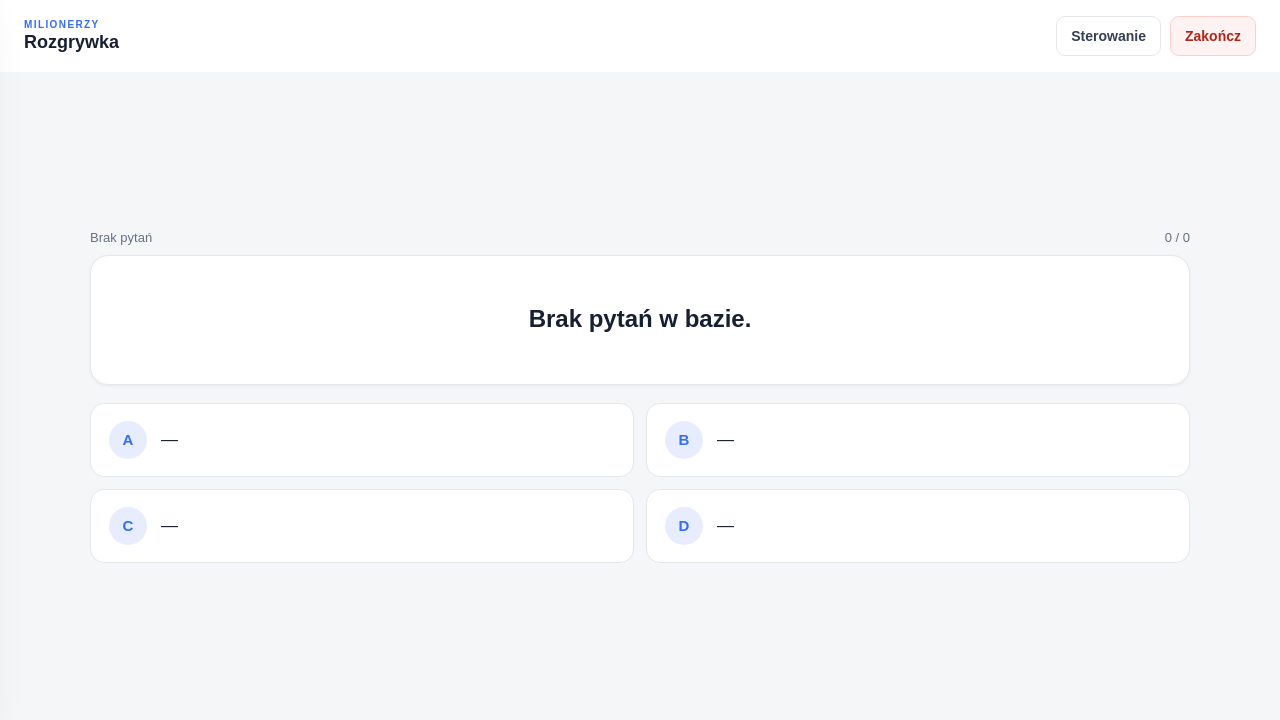
Repository: WaleonGames/HTGMilionerzy
Page: views/game.html
The author's editor kept a copy of each file at every save. The page is drawn from the files as they stood at one save, then again after the next save.
The browser window is 1280 px wide. The pictures show the whole page.

Above is the page before, as saved 2026-09-05 20:49:58.

### views/game.html
<!doctype html>
<html lang="pl">
<head>
  <meta charset="UTF-8">
  <meta name="viewport" content="width=device-width,initial-scale=1.0">

  <title>Milionerzy - Gra</title>

  <link rel="stylesheet" href="../public/css/design.css">
  <link rel="stylesheet" href="../public/css/game.css">
</head>
<body>
  <div class="game-app">
    <header class="game-topbar">
      <div class="game-topbar-left">
        <span class="game-eyebrow">
          MILIONERZY
        </span>

        <strong id="gameStatus">
          Rozgrywka
        </strong>
      </div>

      <div class="game-topbar-actions">
        <button
          id="openControlsButton"
          class="game-button"
          type="button"
        >
          Sterowanie
        </button>

        <button
          id="exitGameButton"
          class="game-button game-button-danger"
          type="button"
        >
          Zakończ
        </button>
      </div>
    </header>

    <main class="game-stage">
      <section class="game-question-area">
        <div class="game-question-meta">
          <span id="questionNumber">
            Pytanie 1
          </span>

          <span id="questionProgress">
            1 / 12
          </span>
        </div>

        <div
          id="questionText"
          class="game-question"
        >
          Brak załadowanego pytania.
        </div>

        <div
          id="answersGrid"
          class="game-answers"
        >
          <button
            class="game-answer"
            data-answer="A"
            type="button"
          >
            <span class="game-answer-letter">
              A
            </span>

            <span
              id="answerTextA"
              class="game-answer-text"
            >
              —
            </span>
          </button>

          <button
            class="game-answer"
            data-answer="B"
            type="button"
          >
            <span class="game-answer-letter">
              B
            </span>

            <span
              id="answerTextB"
              class="game-answer-text"
            >
              —
            </span>
          </button>

          <button
            class="game-answer"
            data-answer="C"
            type="button"
          >
            <span class="game-answer-letter">
              C
            </span>

            <span
              id="answerTextC"
              class="game-answer-text"
            >
              —
            </span>
          </button>

          <button
            class="game-answer"
            data-answer="D"
            type="button"
          >
            <span class="game-answer-letter">
              D
            </span>

            <span
              id="answerTextD"
              class="game-answer-text"
            >
              —
            </span>
          </button>
        </div>
      </section>
    </main>

    <div
      id="controlsBackdrop"
      class="game-offcanvas-backdrop"
      hidden
    ></div>

    <aside
      id="controlsPanel"
      class="game-offcanvas"
      aria-hidden="true"
    >
      <div class="game-offcanvas-header">
        <div>
          <span class="game-eyebrow">
            HOST
          </span>

          <h2>
            Sterowanie
          </h2>
        </div>

        <button
          id="closeControlsButton"
          class="game-icon-button"
          type="button"
          aria-label="Zamknij"
        >
          ×
        </button>
      </div>

      <div class="game-offcanvas-content">
        <section class="game-control-section">
          <h3>
            Wyświetlanie
          </h3>

          <button
            id="showQuestionButton"
            class="game-button"
            type="button"
          >
            Pokaż pytanie
          </button>

          <button
            id="showAnswersButton"
            class="game-button"
            type="button"
          >
            Pokaż odpowiedzi
          </button>
        </section>

        <section class="game-control-section">
          <h3>
            Odpowiedź gracza
          </h3>

          <div class="game-selected-answer">
            <span>
              Wybrana odpowiedź
            </span>

            <strong id="selectedAnswer">
              Brak
            </strong>
          </div>

          <button
            id="checkAnswerButton"
            class="game-button game-button-primary"
            type="button"
            disabled
          >
            Sprawdź odpowiedź
          </button>
        </section>

        <section class="game-control-section">
          <h3>
            Wynik
          </h3>

          <div class="game-result">
            <span>
              Status
            </span>

            <strong id="answerResult">
              —
            </strong>
          </div>
        </section>

        <section class="game-control-section">
          <h3>
            Nawigacja
          </h3>

          <div class="game-control-grid">
            <button
              id="previousQuestionButton"
              class="game-button"
              type="button"
            >
              Poprzednie
            </button>

            <button
              id="nextQuestionButton"
              class="game-button game-button-primary"
              type="button"
            >
              Następne
            </button>
          </div>
        </section>
      </div>
    </aside>
  </div>

  <script src="../public/js/design.js"></script>
  <script src="../public/js/game.js"></script>
</body>
</html>

### public/css/game.css
*{
  box-sizing:border-box;
  margin:0;
  padding:0;
}

html,
body{
  width:100%;
  min-height:100%;
}

body{
  min-height:100vh;
  overflow:hidden;
  font-family:Arial,sans-serif;
  background:var(--design-bg);
  color:var(--design-text);
}

button{
  font:inherit;
  cursor:pointer;
}

[hidden]{
  display:none !important;
}

/* =========================
   APP
========================= */

.game-app{
  display:grid;
  grid-template-rows:72px minmax(0,1fr);
  min-height:100vh;
  background:var(--design-bg);
}

/* =========================
   TOPBAR
========================= */

.game-topbar{
  display:flex;
  align-items:center;
  justify-content:space-between;
  gap:20px;
  padding:0 24px;
  background:var(--design-surface);
}

.game-topbar-left{
  display:flex;
  flex-direction:column;
  gap:2px;
}

.game-topbar-left strong{
  font-size:18px;
}

.game-topbar-actions{
  display:flex;
  align-items:center;
  gap:9px;
}

.game-eyebrow{
  color:var(--design-primary);
  font-size:10px;
  font-weight:800;
  letter-spacing:.14em;
}

/* =========================
   STAGE
========================= */

.game-stage{
  display:flex;
  align-items:center;
  justify-content:center;
  min-height:0;
  padding:32px;
}

.game-question-area{
  width:min(1100px,100%);
}

/* =========================
   QUESTION META
========================= */

.game-question-meta{
  display:flex;
  align-items:center;
  justify-content:space-between;
  gap:20px;
  margin-bottom:10px;
  color:var(--design-muted);
  font-size:13px;
}

/* =========================
   QUESTION
========================= */

.game-question{
  display:flex;
  align-items:center;
  justify-content:center;
  min-height:130px;
  padding:24px 30px;
  border:1px solid var(--design-border);
  border-radius:18px;
  background:var(--design-surface);
  color:var(--design-text);
  box-shadow:var(--design-shadow-sm);
  font-size:24px;
  font-weight:700;
  line-height:1.45;
  text-align:center;
}

/* =========================
   ANSWERS
========================= */

.game-answers{
  display:grid;
  grid-template-columns:1fr 1fr;
  gap:12px;
  margin-top:18px;
}

.game-answer{
  display:flex;
  align-items:center;
  gap:14px;
  min-height:74px;
  padding:14px 18px;
  border:1px solid var(--design-border);
  border-radius:14px;
  background:var(--design-surface);
  color:var(--design-text);
  text-align:left;
  transition:
    background .15s ease,
    border-color .15s ease,
    transform .15s ease;
}

.game-answer:hover{
  background:var(--design-surface-hover);
  border-color:var(--design-border-strong);
}

.game-answer:active{
  transform:scale(.99);
}

.game-answer-letter{
  display:flex;
  align-items:center;
  justify-content:center;
  width:38px;
  height:38px;
  flex:0 0 38px;
  border-radius:50%;
  background:var(--design-primary-light);
  color:var(--design-primary);
  font-size:15px;
  font-weight:800;
}

.game-answer-text{
  min-width:0;
  font-size:17px;
  line-height:1.4;
}

/* =========================
   ANSWER STATES
========================= */

.game-answer.selected{
  background:color-mix(
    in srgb,
    var(--design-primary) 18%,
    var(--design-surface) 82%
  );

  color:var(--design-text);

  border-color:var(--design-primary);
}

.game-answer.selected .game-answer-letter{
  background:var(--design-primary);
  color:#fff;
}

.game-answer.selected .game-answer-text{
  color:var(--design-text);
}

.game-answer.correct{
  background:var(--design-success-light);
  color:var(--design-success);
  border-color:var(--design-success-border);
}

.game-answer.correct .game-answer-letter{
  background:var(--design-success);
  color:#fff;
}

.game-answer.correct .game-answer-text{
  color:var(--design-success);
}

.game-answer.wrong{
  background:var(--design-danger-light);
  color:var(--design-danger);
  border-color:var(--design-danger-border);
}

.game-answer.wrong .game-answer-letter{
  background:var(--design-danger);
  color:#fff;
}

.game-answer.wrong .game-answer-text{
  color:var(--design-danger);
}

/* =========================
   BUTTON
========================= */

.game-button{
  display:inline-flex;
  align-items:center;
  justify-content:center;
  min-height:40px;
  padding:0 14px;
  border:1px solid var(--design-border);
  border-radius:9px;
  background:var(--design-surface);
  color:var(--design-text-soft);
  font-size:14px;
  font-weight:700;
}

.game-button:hover{
  background:var(--design-surface-hover);
  color:var(--design-text);
  border-color:var(--design-border-strong);
}

.game-button:disabled{
  opacity:.5;
  cursor:not-allowed;
}

.game-button-primary{
  background:var(--design-primary);
  color:#fff;
  border-color:var(--design-primary);
}

.game-button-primary:hover{
  background:var(--design-primary-hover);
  color:#fff;
  border-color:var(--design-primary-hover);
}

.game-button-danger{
  background:var(--design-danger-light);
  color:var(--design-danger);
  border-color:var(--design-danger-border);
}

.game-button-danger:hover{
  background:var(--design-danger-light);
  color:var(--design-danger-hover);
}

/* =========================
   OFFCANVAS BACKDROP
========================= */

.game-offcanvas-backdrop{
  position:fixed;
  inset:0;
  z-index:900;
  background:rgba(0,0,0,.42);
  backdrop-filter:blur(1px);
}

/* =========================
   OFFCANVAS
========================= */

.game-offcanvas{
  position:fixed;
  top:0;
  left:0;
  bottom:0;
  z-index:1000;
  display:flex;
  flex-direction:column;
  width:min(400px,calc(100vw - 32px));
  background:var(--design-surface);
  border-right:1px solid var(--design-border);
  box-shadow:var(--design-shadow-lg);
  transform:translateX(-105%);
  transition:transform .22s ease;
}

.game-offcanvas.open{
  transform:translateX(0);
}

.game-offcanvas-header{
  display:flex;
  align-items:center;
  justify-content:space-between;
  gap:16px;
  min-height:78px;
  padding:16px 18px;
  border-bottom:1px solid var(--design-border);
}

.game-offcanvas-header h2{
  margin-top:3px;
  font-size:22px;
}

.game-icon-button{
  display:flex;
  align-items:center;
  justify-content:center;
  width:38px;
  height:38px;
  flex:0 0 38px;
  border:1px solid var(--design-border);
  border-radius:9px;
  background:var(--design-surface);
  color:var(--design-text);
  font-size:22px;
}

.game-icon-button:hover{
  background:var(--design-surface-hover);
}

/* =========================
   OFFCANVAS CONTENT
========================= */

.game-offcanvas-content{
  display:flex;
  flex-direction:column;
  gap:18px;
  min-height:0;
  padding:18px;
  overflow:auto;
}

.game-control-section{
  display:flex;
  flex-direction:column;
  gap:10px;
}

.game-control-section h3{
  font-size:14px;
}

.game-control-section>.game-button{
  width:100%;
}

/* =========================
   VALUES
========================= */

.game-selected-answer,
.game-result{
  display:flex;
  flex-direction:column;
  gap:5px;
  padding:13px;
  border:1px solid var(--design-border);
  border-radius:10px;
  background:var(--design-surface-soft);
}

.game-selected-answer span,
.game-result span{
  color:var(--design-muted);
  font-size:12px;
}

.game-selected-answer strong,
.game-result strong{
  color:var(--design-text);
  font-size:17px;
}

/* =========================
   CONTROL GRID
========================= */

.game-control-grid{
  display:grid;
  grid-template-columns:1fr 1fr;
  gap:9px;
}

/* =========================
   RESPONSIVE
========================= */

@media(max-width:800px){
  body{
    overflow:auto;
  }

  .game-app{
    min-height:100vh;
  }

  .game-topbar{
    padding:0 14px;
  }

  .game-stage{
    padding:20px 14px;
  }

  .game-question{
    min-height:110px;
    padding:20px;
    font-size:20px;
  }

  .game-answers{
    grid-template-columns:1fr;
  }
}

Loaded but not shown: public/js/game.js (333 lines, source omitted); public/js/design.js (200 lines, source omitted); public/css/design.css (1034 lines, source omitted)

After the next save:
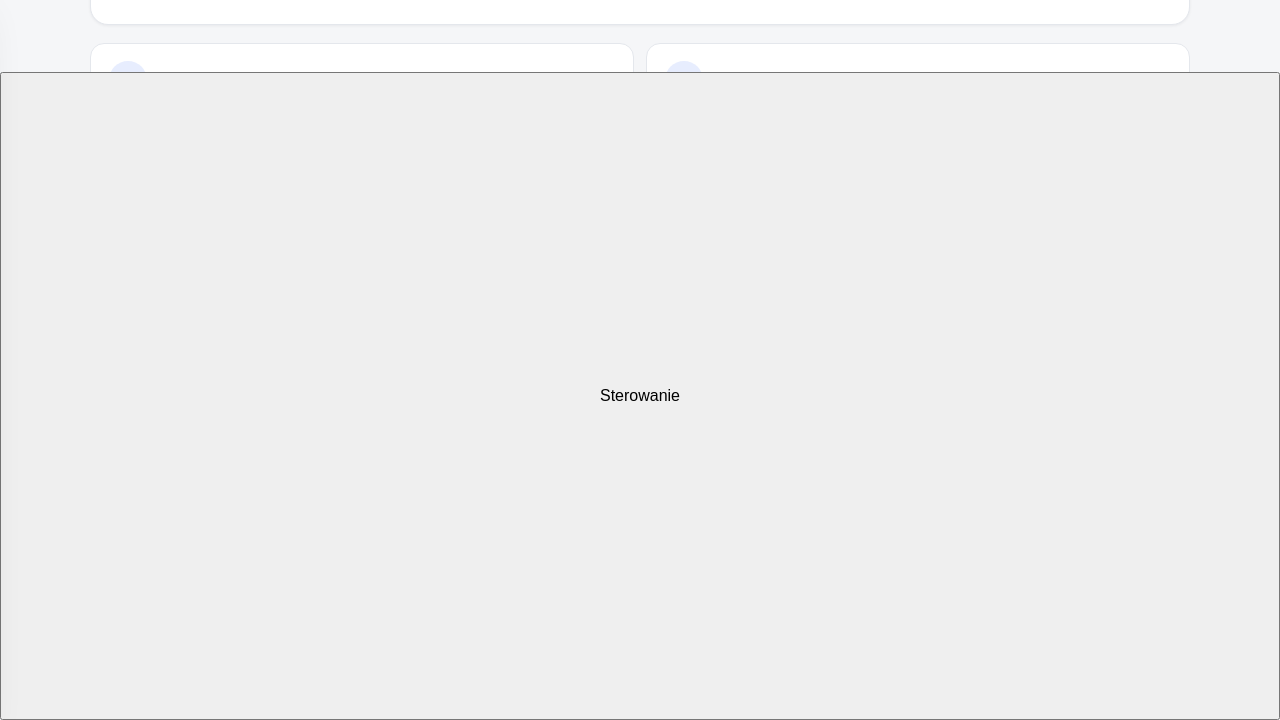
Saved 119 s later.
--- a/views/game.html
+++ b/views/game.html
@@ -11,36 +11,6 @@
 </head>
 <body>
   <div class="game-app">
-    <header class="game-topbar">
-      <div class="game-topbar-left">
-        <span class="game-eyebrow">
-          MILIONERZY
-        </span>
-
-        <strong id="gameStatus">
-          Rozgrywka
-        </strong>
-      </div>
-
-      <div class="game-topbar-actions">
-        <button
-          id="openControlsButton"
-          class="game-button"
-          type="button"
-        >
-          Sterowanie
-        </button>
-
-        <button
-          id="exitGameButton"
-          class="game-button game-button-danger"
-          type="button"
-        >
-          Zakończ
-        </button>
-      </div>
-    </header>
-
     <main class="game-stage">
       <section class="game-question-area">
         <div class="game-question-meta">
@@ -134,6 +104,20 @@
         </div>
       </section>
     </main>
+
+    <button
+      id="openControlsButton"
+      class="game-control-rail"
+      type="button"
+      aria-label="Otwórz sterowanie"
+      title="Sterowanie"
+    >
+      <span class="game-control-rail-line"></span>
+
+      <span class="game-control-rail-label">
+        Sterowanie
+      </span>
+    </button>
 
     <div
       id="controlsBackdrop"
@@ -255,6 +239,16 @@
           </div>
         </section>
       </div>
+
+      <div class="game-offcanvas-footer">
+        <button
+          id="exitGameButton"
+          class="game-button game-button-danger"
+          type="button"
+        >
+          Zakończ rozgrywkę
+        </button>
+      </div>
     </aside>
   </div>
 
